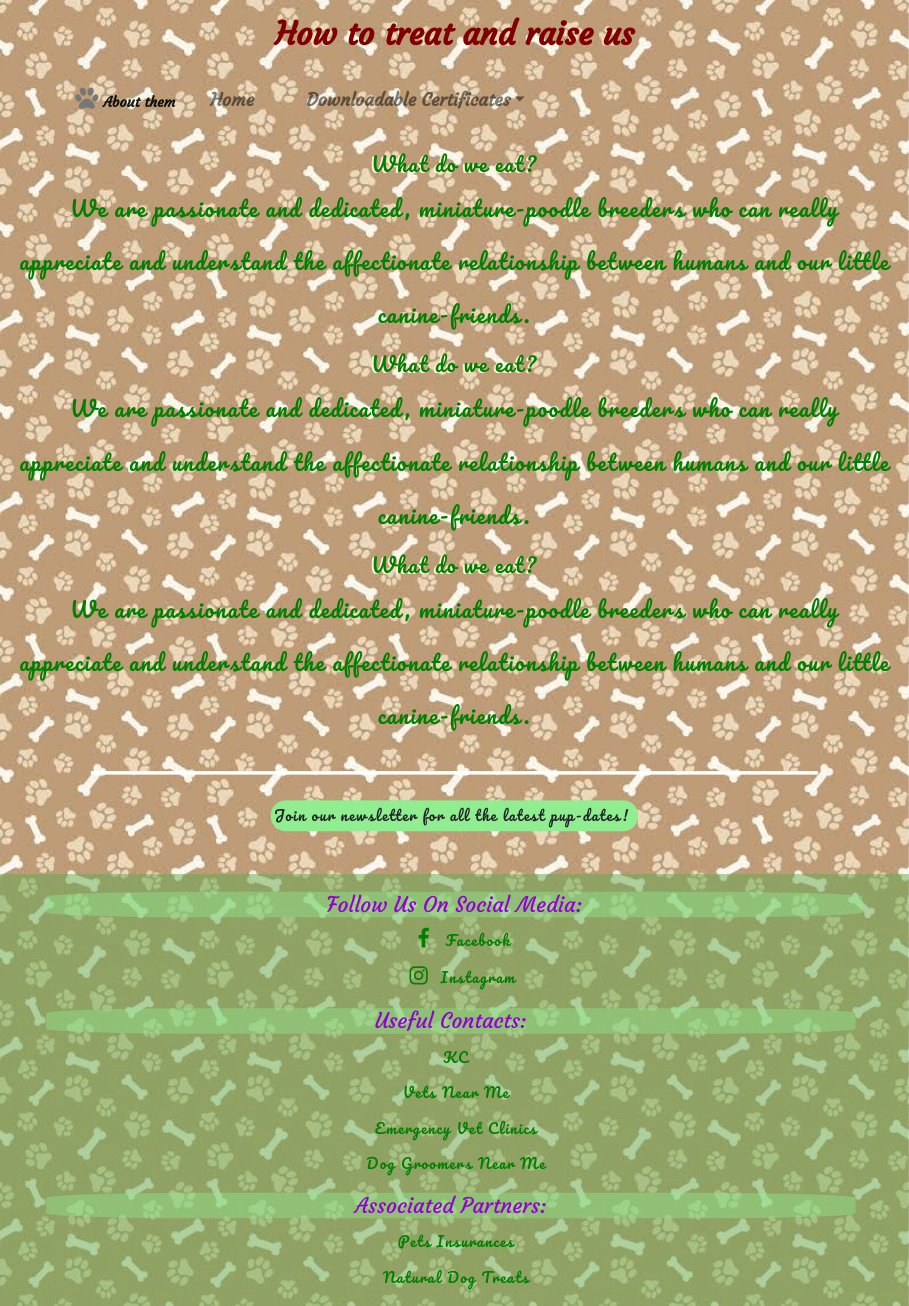
Repository: Code-Institute-Submissions/GeorgiosSklav-Iacinthos-blog
Page: about-them.html
The author's editor kept a record of every edit. The page is drawn from the files as they stood at one moment, then again after the next edit.
The browser window is 1280 px wide. The pictures show the whole page, at 71% of full size.

Above is the page before.

### about-them.html
<!DOCTYPE html>
<html lang="en">

<head>
    <meta charset="UTF-8">
    <meta name="viewport" content="width=device-width, initial-scale=1.0">
    <meta http-equiv="X-UA-Compatible" content="ie=edge">
    <link rel="stylesheet" href="https://stackpath.bootstrapcdn.com/bootstrap/4.3.1/css/bootstrap.min.css " integrity="sha384-ggOyR0iXCbMQv3Xipma34MD+dH/1fQ784/j6cY/iJTQUOhcWr7x9JvoRxT2MZw1T " crossorigin="anonymous ">
    <title>Iacinthos mini Poodles</title>
    <link rel="stylesheet" href="https://stackpath.bootstrapcdn.com/font-awesome/4.7.0/css/font-awesome.min.css" integrity="sha384-wvfXpqpZZVQGK6TAh5PVlGOfQNHSoD2xbE+QkPxCAFlNEevoEH3Sl0sibVcOQVnN" crossorigin="anonymous">
    <link rel="stylesheet" href="style.css" type="text/css" />
</head>

<body>
    <header class="container">
        <div class="row align-items-start homepage">
            <a href="about-them.html" class="col-12 logo">
                <h1>How to treat and raise us</h1>
            </a>
        </div>
        <nav class="navbar navbar-light navbar-expand-sm">
            <a href="about-them.html" class="navbar-brand"><i class="fa fa-paw"></i>About them</a>
            <button class="navbar-toggler ml-auto" type="button" data-toggle="collapse" data-target="#navbarNavDropdown" aria-controls="Toggle navigation">
            <span class="navbar-toggler-icon"></span></button>
            <div class="collapse navbar-collapse" id="navbarNavDropdown">
                <ul class="navbar-nav mt-auto mt-2 mt-lg-0">
                    <li class="nav-item mr-2"><a class="nav-link" href="index.html">Home</a></li>
                    <li class="nav-item dropdown">
                        <div class="nav-link dropdown-toggle" id="navbarDropdownMenuLink" role="button" data-toggle="dropdown" aria-haspopup="true" aria-expanded="false">
                            Downloadable Certificates</div>
                        <div class="dropdown-menu" aria-labelledby="navbarDropdownMenuLink">
                            <a class="dropdown-item" href="certificate.html">Kennel Club</a>
                            <a class="dropdown-item" href="lineage.html">Blood-Lineage</a>
                        </div>
                    </li>
                </ul>
            </div>
        </nav>
    </header>

    <main>

            <div class="jumbotron-fluid about id="frame"">
                <div class="row">
                    <div class="col-12">
                        <h3 class="about-title">What do we eat?</h3>
                        <p>We are passionate and dedicated, miniature-poodle breeders who can really appreciate and understand the affectionate relationship between humans and our little canine-friends.</p>
                    </div>
                </div>
                <div class="row">
                    <div class="col-12">
                        <h3 class="about-title">What do we eat?</h3>
                        <p>We are passionate and dedicated, miniature-poodle breeders who can really appreciate and understand the affectionate relationship between humans and our little canine-friends.</p>
                    </div>
                </div>
                <div class="row">
                    <div class="col-12">
                        <h3 class="about-title">What do we eat?</h3>
                        <p>We are passionate and dedicated, miniature-poodle breeders who can really appreciate and understand the affectionate relationship between humans and our little canine-friends.</p>
                    </div>
                </div>
            </div>
        </div>
    </main>
    <hr class="end">

    <!------------------------------------------------ Modal -->

    <button type="button" class="btn btn-color" data-toggle="modal" data-target="#exampleModal">
  Join our newsletter for all the latest pup-dates!
</button>

    <div class="modal fade" id="exampleModal" tabindex="-1" role="dialog" aria-labelledby="exampleModalLabel" aria-hidden="true">
        <div class="modal-dialog" role="document">
            <div class="modal-content">
                <div class="modal-header">
                    <h5 class="modal-title" id="exampleModalLabel">Join our family with a flick of your paw!</h5>
                    <button type="button" class="close" data-dismiss="modal" aria-label="Close">
                     <span aria-hidden="true">&times;</span>
        </button>
                </div>
                <div class="modal-body">
                    <form class="modal-newsletter">
                        <div class="form-group ">
                            <input type="email" class="form-control" id="InputEmail2" aria-describedby="emailHelp" placeholder="Your Woof-mail....">
                        </div>
                        <div class="form-group">
                            <input type="password" class="form-control" id="InputPassword2" placeholder="....and a Woof-password">
                        </div>
                        <div class="form-group form-check">
                            <input type="checkbox" class="form-check-input" id="exampleCheck1">
                            <label class="form-check-label" for="Check1">Remember me</label>
                        </div>
                    </form>
                </div>
                <div class="modal-footer">
                    <button type="button" class="btn btn-danger" data-dismiss="modal">Close</button>
                    <button type="button" class="btn btn-info">Subscribe</button>
                </div>
            </div>
        </div>
    </div>


    <footer class="container-fluid footer">
        <div class="row align-items-end">
            <div class="col-12">
                <h4 class="social-title capitalise">Follow us on social media:</h4>
                <ul class="social-links">
                    <li>
                        <a target="_blank" href="http://facebook.com/George.Sklavounos">
                            <i class="fa fa-facebook"></i>
                            <span>Facebook</span>
                        </a>
                    </li>
                    <li>
                        <a target="_blank" href="https://www.instagram.com/accounts/login/?next=%2Fgeorge.sklav%2F&source=follow">
                            <i class="fa fa-instagram"></i>
                            <span>Instagram</span>
                        </a>
                    </li>
                </ul>
            </div>
            <div class="col-12 social-links">
                <h4 class="social-title capitalise">Useful contacts:</h4>
                <ul class="social-links ">
                    <li>
                        <a target="_blank" href="https://www.thekennelclub.org.uk/">
                            <span class="capitalise">KC</span>
                        </a>
                    </li>
                    <li>
                        <a target="_blank" href="https://www.google.com/search?q=vet+near+me&oq=vet+near&aqs=chrome.0.0j69i57j0l4.4119j0j7&sourceid=chrome&ie=UTF-8">
                            <span class="capitalise">Vets near me</span>
                        </a>
                    </li>
                    <li>
                        <a target="_blank" href="https://www.google.com/search?q=emergency+vet+clinic+near+me&oq=emergency+vet&aqs=chrome.4.69i57j0l5.15430j0j7&sourceid=chrome&ie=UTF-8">
                            <span class="capitalise">Emergency vet clinics</span>
                        </a>
                    </li>
                    <li>
                        <a target="_blank" href="https://www.google.com/search?q=dog+groomer+near+me&oq=dog+groomer&aqs=chrome.1.69i57j0l5.4790j0j7&sourceid=chrome&ie=UTF-8">
                            <span class="capitalise">Dog groomers near me</span>
                        </a>
                    </li>
                </ul>
            </div>
            <div class="col-12 social-links">
                <h4 class="social-title capitalise">Associated partners:</h4>
                <ul class="social-links">
                    <li>
                        <a target="_blank" href="https://www.google.com/search?q=pet+insurance+near+me&oq=pet+ins&aqs=chrome.2.0j69i57j0l4.6094j0j7&sourceid=chrome&ie=UTF-8">
                            <span class="capitalise">pets insurances</span>
                        </a>
                    </li>
                    <li>
                        <a target="_blank" href="https://www.doglistener.co.uk/catalog/natural-dog-treats-0">
                            <span class="capitalise">natural dog treats</span>
                        </a>
                    </li>
                </ul>
            </div>

        </div>
    </footer>

    <script src="https://code.jquery.com/jquery-3.3.1.slim.min.js" integrity="sha384-q8i/X+965DzO0rT7abK41JStQIAqVgRVzpbzo5smXKp4YfRvH+8abtTE1Pi6jizo" crossorigin="anonymous"></script>
    <script src="https://cdnjs.cloudflare.com/ajax/libs/popper.js/1.14.7/umd/popper.min.js" integrity="sha384-UO2eT0CpHqdSJQ6hJty5KVphtPhzWj9WO1clHTMGa3JDZwrnQq4sF86dIHNDz0W1" crossorigin="anonymous"></script>
    <script src="https://stackpath.bootstrapcdn.com/bootstrap/4.3.1/js/bootstrap.min.js" integrity="sha384-JjSmVgyd0p3pXB1rRibZUAYoIIy6OrQ6VrjIEaFf/nJGzIxFDsf4x0xIM+B07jRM" crossorigin="anonymous"></script>
</body>

</html>

### style.css
@import url('https://fonts.googleapis.com/css?family=Courgette:100,200,300,400,500,600,700|Pacifico:100,200,300,400,500,600,700');

/*------------------------------------------------body background*/

body {
    background-image: url("./Media/paws.jpg");
    background-size: 40%;
    line-height: 2.5;
    text-align: center;
}

h1 {
    font-family: "Courgette", sans-serif;
    font-weight: 700;
    font-size: 45px;
    color: #800000;
    margin: 20px;
}

.capitalise {
    text-transform: capitalize;
}

/*------------------------------------------------Navbar*/

.navbar-light {
    font-family: 'Courgette', sans-serif;
    font-weight: 600;
    font-size: 25px;
}

.nav-link {
    margin-right: 25px;
    margin-left: 25px;
}

.nav-link:hover {
    background-color: #90ee90;
    border-radius: 30%;
}

.dropdown-menu {
    background-color: #90ee90;
    font-weight: 600;
    font-size: 20px;
    border-radius: 10%;
}

.dropdown-menu ul li:hover {
    background-color: #777;
}

.ml-auto {
    background-color: #90ee90;
}

.navbar i {
    font-size: 35px;
    padding-top: 0;
    padding-bottom: 5px;
    padding-right: 2px;
    margin: 5px;
    color: #777;
}

.navbar-brand:hover {
    background-color: #90ee90;
    border-radius: 30px;
}


@media (max-width: 300px) {
    .ml-auto:hover {
        background-color: #777;
    }
    .dropdown-item:hover {
        background-color: #777;

    }
    #navbarNavDropdown {
        background-color: #777;
    }

    #navbarNavDropdown ul li:hover {
        background-color: #90ee90;
    }
    .social-links,
    .social-title {
        font-size: 30px;
    }

}

@media (max-width: 3800px) {
    .dropdown-menu {
        background-color: #90ee90;
        color: #777;
    }
    .dropdown-item:hover {
        background-color: #777;
        color: #90ee90;
    }
    .navbar-expand-sm {
        flex-flow: row wrap;
        justify-content: flex-start;
    }
}


/*------------------------------------------------Homepage*/

.homepage a {
    text-decoration: none;
    height: 100%;
}

.introduction {
    height: 90%;
    width: 90%;
}


.img-50 {
    margin-left: 25px;
    width: 100%;
    float: none;
    border-style: groove;
    border-radius: 50%;
}



/*--------------------------------------------texts,p*/

.container-title {
    text-align: center;
    margin: 35px;
    font-family: "Courgette", sans-serif;
    color: #9400d3;
}

.container-title i {
    font-size: 30px;
    padding: 5px;
    margin: 5px;
}

.dog-name {
    font-family: "Courgette", sans-serif;
    font-weight: 700;
    font-size: 32px;
    margin-left: 25px;
    text-shadow: -3px 2px 0.5px #ffefd5;

}

/*----------------------------------------about us section*/

.about {
    margin: 25px;
    font-family: "Pacifico", sans-serif;
    font-size: 30px;
    font-weight: 500;
    letter-spacing: 2px;
    color: #008000;
}

.about-title {
    text-shadow: -3px 2px 0.5px #ffefd5;
}

#frame {
    border-top-style: inset;
    border-top-color: rgb(144, 238, 144);
    border-left-style: inset;
    border-left-color: rgb(144, 238, 144);
}

/*===============================border-line*/

.end {
    height: 5px;
    width: 80vw;
    border: 0;
    background-color: #fff;
}

/*----------------------------------------newsletter button*/

.btn-color {
    background-color: #90ee90;
    font-family: "Pacifico", sans-serif;
    font-size: 20px;
    letter-spacing: 2px;
    margin: 20px 25px;
    padding-left: 4px;
    border-radius: 50px;
}

.btn-color:hover {
    color: #90ee90;
    background-color: #777;
}

/*----------------------------------------Modal styling*/

.modal-title {
    font-family: "Pacifico", sans-serif;
    font-size: 25px;
    margin: 10px 5px;
}

.modal-content {
    background-color: #90ee90;
    text-shadow: -3px 2px 0.5px #ffefd5;
    color: #777;
}

.modal-footer .btn-danger,
.btn-info {
    margin-right: 20px;
}

.modal-body {
    padding: 0 15px 0 15px;
    top: 5px;
    bottom: 0;
    margin-top: 10px;
}


/*----------------------------------------footer*/

.footer {
    background-color: rgba(100, 170, 80, .5);
    padding-top: 25px;
    margin: 40px 5px 0px 0px;
    text-align: center;
}

.social-links {
    list-style: none;
    padding-right: 25px;
}

.social-links li a {
    text-decoration: none;
    font-family: "Pacifico", sans-serif;
    font-size: 20px;
    font-weight: 400;
    letter-spacing: 2px;
    color: #008000;
}

.social-links li a:hover {
    background-color: #777;
    color: #90ee90;
    border-radius: 30%;
}

.social-links li i {
    font-size: 30px;
    height: 45px;
    width: 45px;
}

.social-title {
    word-break: keep-all;
    margin-left: 50px;
    margin-right: 50px;
    font-size: 30px;
    font-family: "Courgette", sans-serif;
    color: #9400d3;
    border-radius: 20%;
    background-color: rgba(144, 238, 144, 0.4);
}

After the next edit:
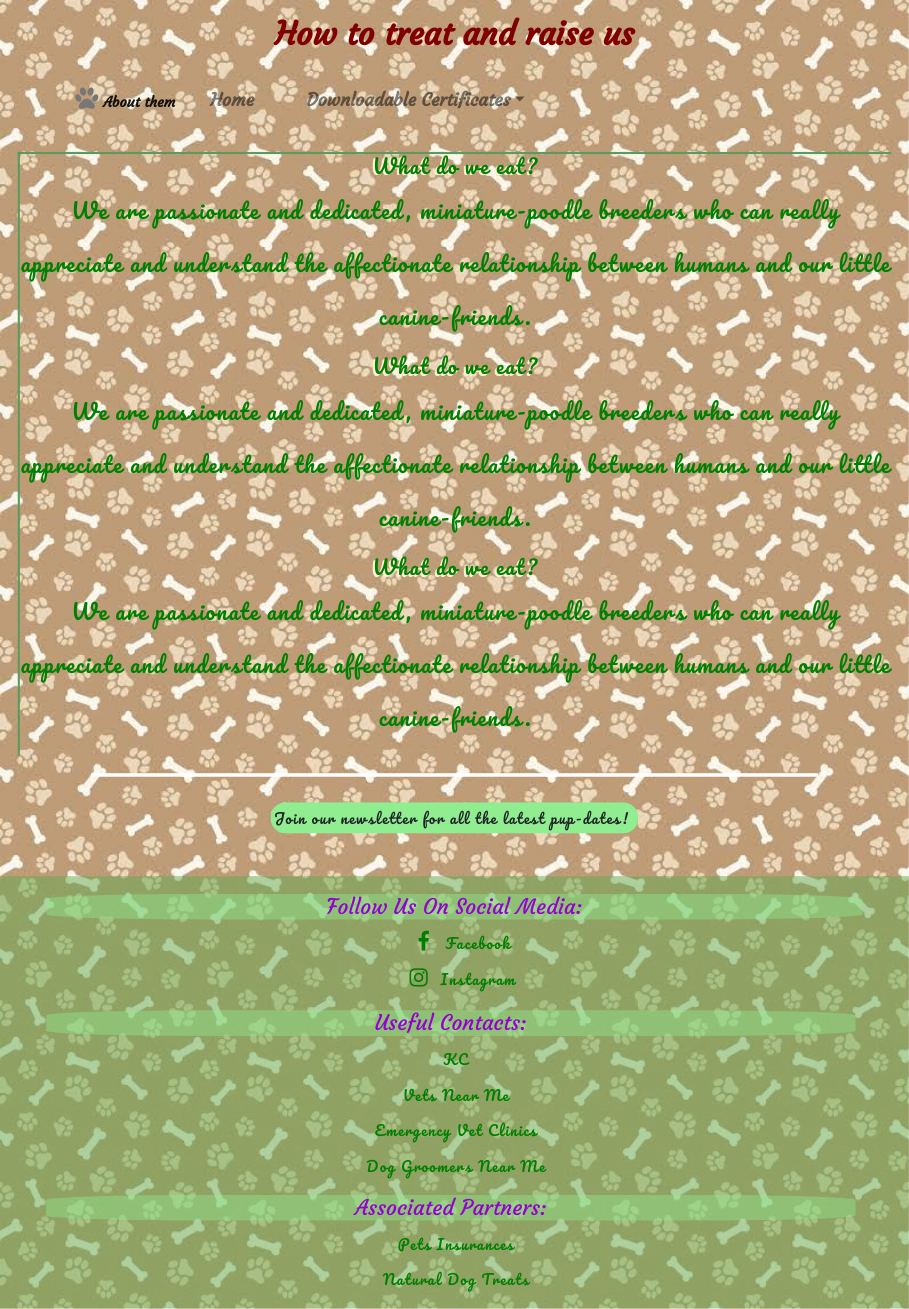
The edit:
--- a/about-them.html
+++ b/about-them.html
@@ -39,28 +39,27 @@
     </header>
 
     <main>
-
-            <div class="jumbotron-fluid about id="frame"">
-                <div class="row">
-                    <div class="col-12">
-                        <h3 class="about-title">What do we eat?</h3>
-                        <p>We are passionate and dedicated, miniature-poodle breeders who can really appreciate and understand the affectionate relationship between humans and our little canine-friends.</p>
-                    </div>
+        <div class="jumbotron-fluid about" id="frame">
+            <div class="row">
+                <div class="col-12">
+                    <h3 class="about-title">What do we eat?</h3>
+                    <p>We are passionate and dedicated, miniature-poodle breeders who can really appreciate and understand the affectionate relationship between humans and our little canine-friends.</p>
                 </div>
-                <div class="row">
-                    <div class="col-12">
-                        <h3 class="about-title">What do we eat?</h3>
-                        <p>We are passionate and dedicated, miniature-poodle breeders who can really appreciate and understand the affectionate relationship between humans and our little canine-friends.</p>
-                    </div>
+            </div>
+            <div class="row">
+                <div class="col-12">
+                    <h3 class="about-title">What do we eat?</h3>
+                    <p>We are passionate and dedicated, miniature-poodle breeders who can really appreciate and understand the affectionate relationship between humans and our little canine-friends.</p>
                 </div>
-                <div class="row">
-                    <div class="col-12">
-                        <h3 class="about-title">What do we eat?</h3>
-                        <p>We are passionate and dedicated, miniature-poodle breeders who can really appreciate and understand the affectionate relationship between humans and our little canine-friends.</p>
-                    </div>
+            </div>
+            <div class="row">
+                <div class="col-12">
+                    <h3 class="about-title">What do we eat?</h3>
+                    <p>We are passionate and dedicated, miniature-poodle breeders who can really appreciate and understand the affectionate relationship between humans and our little canine-friends.</p>
                 </div>
             </div>
         </div>
+
     </main>
     <hr class="end">
 
